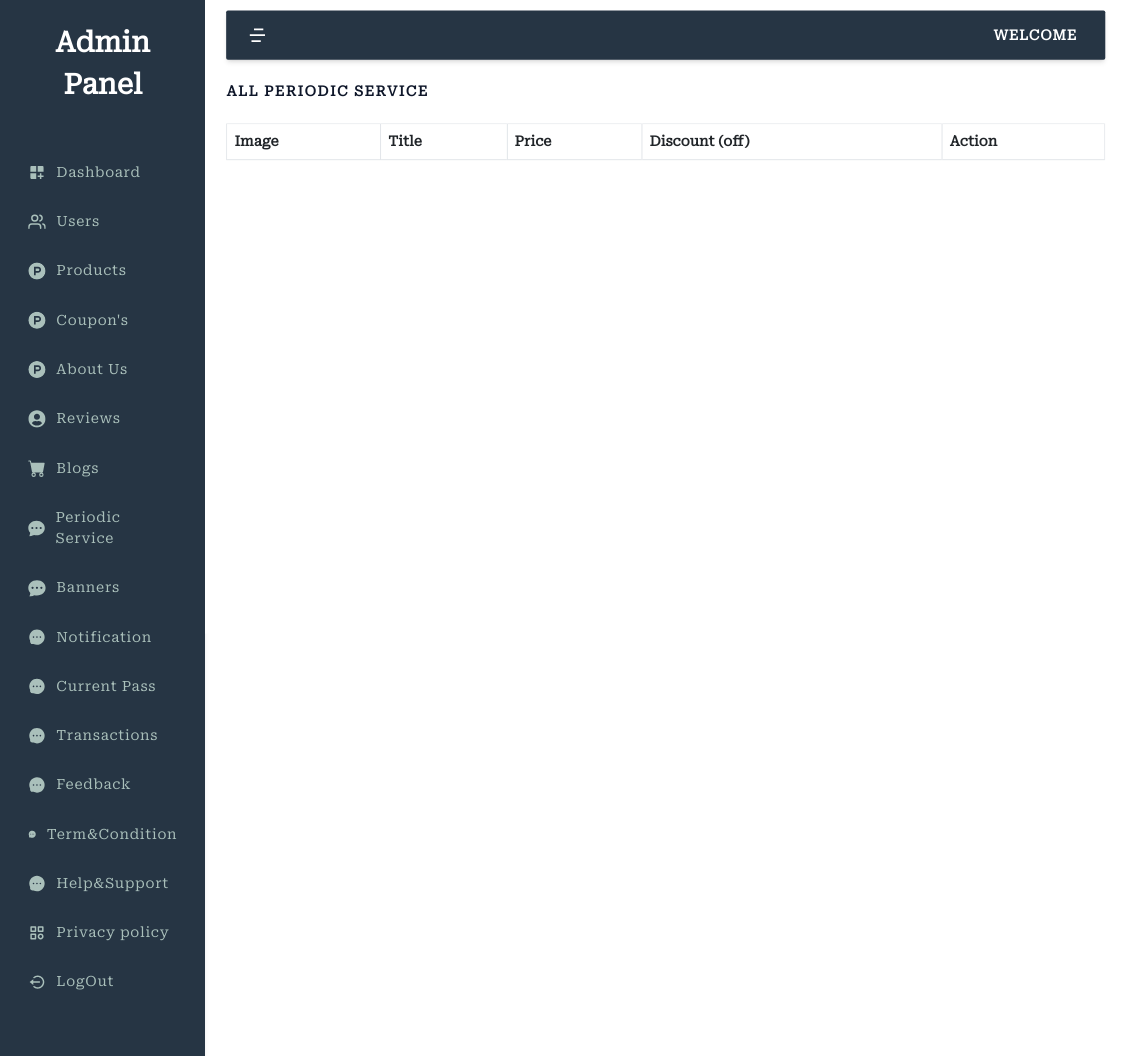
Repository: FlyweisReact/Arun-Chauhan
Page: /complaint
These files come from the project's save history. The page is drawn as it stood at one moment and after a run of saves; the edit follows.
The browser window is 1280 px wide. The pictures show the whole page, at 88% of full size.
Some web libraries are served in a nearby version. The project was rebuilt for these pictures with package versions that can differ from the ones it lists, and the page was loaded fresh each time. Also part of the build but not shown: src/components/forms/Login.jsx, src/components/layout/Navbar.jsx, src/components/layout/Sidebar.jsx, src/components/layout/HOC.jsx, src/components/pages/Dashboard.jsx, src/components/vendorPanel/components/pages/Message/Message.js, src/components/pages/UserKundli/UserKundli.jsx, src/components/pages/discount/Discount.jsx and 27 more.

Above is the page before, as saved 2023-03-14 15:05:29.

### public/index.html
<!-- @format -->

<!DOCTYPE html>
<html lang="en">
  <head>
    <meta charset="utf-8" />
    <!-- <link rel="icon" href="%PUBLIC_URL%/favicon.png" /> -->
    <meta name="viewport" content="width=device-width, initial-scale=1" />
    <meta name="theme-color" content="#000000" />
    <meta
      name="description"
      content="Web site created using create-react-app"
    />
    <link rel="apple-touch-icon" href="%PUBLIC_URL%/favicon.ico?v=2" />



    <link rel="manifest" href="%PUBLIC_URL%/manifest.json" />
    <link rel="preconnect" href="https://fonts.googleapis.com">
    <link rel="preconnect" href="https://fonts.gstatic.com" crossorigin>
    <link href="https://fonts.googleapis.com/css2?family=Roboto+Serif&display=swap" rel="stylesheet">
    <title>Arun   Panel</title>
  </head>
  <body>
    <noscript>You need to enable JavaScript to run this app.</noscript>
    <div id="root"></div>
    <script src="https://code.jquery.com/jquery-3.6.0.min.js"></script>
    <script src="https://kit.fontawesome.com/b533b351e4.js" crossorigin="anonymous"></script>
  </body>
</html>

### src/index.js
import React from "react";
import ReactDOM from "react-dom/client";
import "./index.css";
import App from "./App";
import { BrowserRouter } from "react-router-dom";
import 'bootstrap/dist/css/bootstrap.min.css'

const root = ReactDOM.createRoot(document.getElementById("root"));
root.render(
  <React.StrictMode>
    <BrowserRouter>
      <App />
    </BrowserRouter>
  </React.StrictMode>
);

### src/index.css
/** @format */

@tailwind base;
@tailwind components;
@tailwind utilities;




body {
  margin: 0;
  font-family: 'Roboto Serif', serif  !important;
  -webkit-font-smoothing: antialiased;
  -moz-osx-font-smoothing: grayscale;
}

/* Wcomponents */
.wcomp::-webkit-scrollbar {
  width: 0px;
}
::-webkit-scrollbar {
  width: 0px;
}
::-webkit-scrollbar-track {
  background: #696f78;
}
/* Handle */
::-webkit-scrollbar-thumb {
  background: #b4b8bf;
}

.main-card--container {
  display: grid;
  grid-template-columns: repeat(3, minmax(300px, 500px));
  grid-gap: 50px;
  justify-content: space-around;
}
.card-container {
  margin: 25px 0 auto;
  position: relative;
  display: grid;
  grid-template-columns: 1fr;
  justify-content: space-around;
  align-items: flex-start;
}

.img-thumbnail {
  width: 80px;
}
.img-large {
  max-width: 80%;
}

.formInput {
  padding: 5px;
}

.BannerImg{
  display: grid;
  grid-template-columns: auto auto auto;
  margin: 20px;
  justify-content: space-evenly;
  text-align: center;
}
.BannerImg div{
  box-shadow: rgba(0, 0, 0, 0.35) 0px 5px 15px;
  padding: 10px;

}
.BannerImg img{
  width: 400px;
  height: 200px;
}


li{
  list-style: disc;
}
.carouselImages{
  width: 200px !important;
}
.Car{
  width: 200px !important;
}

.three-Sec{
  display: grid;
  justify-content: space-evenly;
  grid-template-columns: auto auto auto;
  text-align: center;
  color: black;

}
.three-Sec div{
  box-shadow: rgba(0, 0, 0, 0.35) 0px 5px 15px;
  margin-top: 40px;
  padding : 10px;
}
.three-Sec img{
  width: 400px;
}
.three-Sec p{
  font-size: 20px;
  font-weight: bold;
  margin: 0;
}
.three-Sec button{
  border: 1px solid #B80000;
  background-color: #ffff;
  color: #B80000;
  width: 100%;
  padding: 3px;
  margin-top: 10px;
  font-size: 20px;
  transition: 0.5s;
}

.three-Sec button:hover{
  background-color: #B80000;
  color: #ffff;
}

### src/App.js
/** @format */

import { Routes, Route } from "react-router-dom";
import Login from "./components/forms/Login";
import Dashboard from "./components/pages/Dashboard";
import { ToastContainer } from "react-toastify";
import MSG from "./components/vendorPanel/components/pages/Message/Message";
import "react-toastify/dist/ReactToastify.css";
import UserKundli from "./components/pages/UserKundli/UserKundli";
import Discount from "./components/pages/discount/Discount";
import Chat from "./components/pages/reactChat/Chat";
import Horoscope from "./components/pages/horoScope/Horoscope";
import Specification from "./components/pages/SpecificationPage/Specification";
import VendorLogin from "./components/vendorPanel/components/forms/VendorLogin";
import VendorDashboard from "./components/vendorPanel/components/pages/VendorDashboard";
import Fedd from "./components/pages/FeedBack/Fedd";
import Users from "./components/vendorPanel/components/pages/Users/Users";
import TimeSlots from "./components/pages/TimeSlots/TimeSlots";
import Documents from "./components/pages/Documents/Documents";
import Notify from "./components/pages/Notifications/Notify";
import ProductDetail from "./components/pages/FeedBack/ProductDetail";
import Product from "./components/vendorPanel/components/pages/Products/Product";
import Category from "./components/vendorPanel/components/pages/Category/Category";
import Order from "./components/vendorPanel/components/pages/Orders/Order";
import Complaint from "./components/vendorPanel/components/pages/Complaint/Complaint";
import Vendor from "./components/vendorPanel/components/pages/Vendors/Vendor";
import SubCategory from "./components/pages/Subcategory/SubCategory";
import Tour from "./components/vendorPanel/components/pages/Tour";
import Transaction from "./components/vendorPanel/components/pages/Transaction";
import Privacy from "./components/vendorPanel/components/pages/Terms/Privacy";
import Terms from "./components/vendorPanel/components/pages/Terms/Terms";
import Transactions from './components/vendorPanel/components/pages/Users/Transactions'
import CurrentPass from "./components/vendorPanel/components/pages/Users/CurrentPass";
import Offers from "./components/vendorPanel/components/pages/Users/Offers";
import FeedBack from "./components/vendorPanel/components/pages/Users/FeedBack";
import TermsCon from "./components/vendorPanel/components/pages/Users/TermsCon";
import HelpSupport from "./components/vendorPanel/components/pages/Users/HelpSupport";

function App() {
  return (
    <>
      <ToastContainer />

      <Routes>
        <Route path="/vendorLogin" element={<Login />} />
        <Route path="/dashboard" element={<Dashboard />} />
        <Route path="/userkundli" element={<UserKundli />} />
        <Route path="/discount" element={<Discount />} />
        <Route path="/horoscope" element={<Horoscope />} />
        <Route path="/specification" element={<Specification />} />


        <Route path="/chat" element={<Chat />} />
        <Route path="feedback" element={<Fedd />} />
        <Route path="/time" element={<TimeSlots />} />
        <Route path="/document" element={<Documents />} />
        <Route path="/subCategory" element={<SubCategory />} />
        <Route path="/not" element={<Notify />} />
        <Route path="/viewProduct/:id" element={<ProductDetail />} />


        {/* Admin Panel */}
        <Route path="/" element={<VendorLogin />} />
        <Route path="/ven" element={<Vendor />} />
        <Route path="/product" element={<Product />} />
        <Route path="/tour" element={<Tour />} />
        <Route path='/transaction' element={<Transaction />} />
        <Route path="/users" element={<Users />} />
        <Route path="/order" element={<Order />} />
        <Route path="/msg" element={<MSG />} />
        <Route path="/complaint" element={<Complaint />} />
        <Route path="/vendorDashboard" element={<VendorDashboard />} />
        <Route path="/category" element={<Category />} />
        <Route path="/privacy" element={<Privacy />} />
        <Route path="/terms" element={<Terms />} />
        <Route path="/trans" element={<Transactions />} />
        <Route path="/currentPass" element={<CurrentPass />} />
        <Route path="/offers" element={<Offers />} />
        <Route path="/feedBacks" element={<FeedBack />} />
        <Route path="/termsCon" element={<TermsCon />} />
        <Route path='/helpSupport' element={<HelpSupport />} />
      </Routes>
    </>
  );
}

export default App;

### src/components/vendorPanel/components/pages/Complaint/Complaint.js
/** @format */
import React, {  useState } from "react";
import { Table , Modal ,Button , Form} from "react-bootstrap";
import HOC from "../../layout/HOC";



const Complaint = () => {
  const [modalShow, setModalShow] = useState(false);


  function MyVerticallyCenteredModal(props) {
    return (
      <Modal
        {...props}
        size="lg"
        aria-labelledby="contained-modal-title-vcenter"
        centered
      >
        <Modal.Header closeButton>
          <Modal.Title id="contained-modal-title-vcenter">
            Update Help&Support
          </Modal.Title>
        </Modal.Header>
        <Modal.Body>
          <Form>
            <Form.Group className="mb-3">
              <Form.Label>Name</Form.Label>
              <Form.Control
                type="text"
              />
          </Form.Group>
            <Form.Group className="mb-3">
              <Form.Label>Email</Form.Label>
              <Form.Control
                type="text"
              />
            </Form.Group>
            <Button variant="outline-success" type="submit">
              Submit
            </Button>
          </Form>
        </Modal.Body>
        <Modal.Footer></Modal.Footer>
      </Modal>
    );
  }





  return (
    <>

<MyVerticallyCenteredModal
          show={modalShow}
          onHide={() => setModalShow(false)}
        />

      <section>
        <div className="pb-4 sticky top-0  w-full flex justify-between items-center bg-white">
          <span className="tracking-widest text-slate-900 font-semibold uppercase ">
          All Periodic Service
          </span>
        </div>

        <div style={{ maxWidth: "100%", overflow: "auto" }}>
          <Table striped bordered hover>
            <thead>
              <tr>
                <th> Image</th>
                <th> Title</th>
                <th> Price</th>
                <th> Discount (off)</th>
                <th>Action</th>
              </tr>
            </thead>
            <tbody>

            </tbody>
          </Table>
        </div>
      </section>
    </>
  );
};


export default HOC(Complaint);

### src/components/vendorPanel/components/layout/HOC.jsx
import React, { useState } from "react";
import Navbar from "./Navbar";
import Sidebar from "./Sidebar";

const HOC = (Wcomponenet) => {
  return function Component() {
    const [hamb, setHamb] = useState(false);
    return (
      <>
        <section className="flex overflow-x-hidden relative">
          {/* Sidebar */}
          <div
            className={
              hamb
                ? " absolute top-0 z-30 md:w-auto shadow-md bg-slate-200  w-60 transition-all md:-left-full left duration-150  h-auto overflow-y-auto  left-0 "
                : " md:w-72 z-30 bg-slate-200  shadow-md  md:static absolute top-0 -left-full   transition-all duration-150  overflow-y-auto h-auto"
            }
          >
            <Sidebar hamb={hamb} setHamb={setHamb} />
          </div>
          {/* Components & Navbar */}
          <div
            className={
              hamb
                ? " transition-all px-4 py-2  bg-white duration-150 w-full h-screen"
                : " w-full h-screen  px-4 py-2  bg-white z-50 transition-all duration-150 "
            }
          >
            <Navbar hamb={hamb} setHamb={setHamb} />
            <div className="my-6 text-white h-[87%] wcomp overflow-y-auto">
              <Wcomponenet />
            </div>
          </div>
        </section>
      </>
    );
  };
};

export default HOC;

### src/components/vendorPanel/components/layout/Navbar.jsx
/** @format */

import { RiMenu4Line } from "react-icons/ri";

const Navbar = ({ hamb, setHamb }) => {

  return (
    <>

      <div
        className={
          hamb
            ? "flex  w-full justify-between  my-1 rounded-sm  p-4 py-3 shadow-md items-center  bg-slate-200 space-x-4"
            : "flex  w-full justify-between my-1 rounded-sm  p-4 py-3 shadow-md items-center  bg-slate-200 space-x-4"
        }
        style={{   backgroundColor: "#263544", color : "#fff"}}
      >
        <RiMenu4Line
          onClick={() => setHamb(!hamb)}
          className="text-2xl font-bold text-#fff-900 hover:scale-90 cursor-pointer"
        />

        <section className="flex sm:ml-auto justify-end sm:w-full items-center space-x-2  pr-2">
          <figcaption className="tracking-wider pl-1 font-semibold">
            <div className="lg:text-base text-sm text-#fff-900  uppercase" >
              Welcome
            </div>
          </figcaption>
        </section>


      </div>
    </>
  );
};

export default Navbar;

### src/components/vendorPanel/components/layout/Sidebar.jsx
/** @format */

import React from "react";
import { RiCloseLine } from "react-icons/ri";
import { Link, useNavigate } from "react-router-dom";
import { BsFillCartFill } from "react-icons/bs";
import { BiLogOutCircle ,BiCategory } from "react-icons/bi";
import { MdDashboardCustomize } from "react-icons/md";
import { BsFillChatDotsFill } from "react-icons/bs";
import { AiFillMessage } from "react-icons/ai";
import {FaProductHunt , FaUserCircle} from 'react-icons/fa'
import {FiUsers} from 'react-icons/fi'

const Sidebar = ({ hamb, setHamb }) => {
  const navigate = useNavigate();

  const nav = [
    {
      icon: <MdDashboardCustomize className="text-xl mr-3 rounded-full " />,
      link: "/vendorDashboard",
      name: "Dashboard",
    },
    {
      icon: <FiUsers className="text-xl mr-3" />,
      link: "/ven",
      name: "Users",
    },
    {
      icon: <FaProductHunt className="text-xl mr-3 rounded-full " />,
      link: "/tour",
      name: "Products",
    },
    {
      icon: <FaProductHunt className="text-xl mr-3 rounded-full " />,
      link: "/product",
      name: "Coupon's",
    },
    {
      icon: <FaProductHunt className="text-xl mr-3 rounded-full " />,
      link: "/transaction",
      name: "About Us",
    },
    {
      icon: <FaUserCircle className="text-xl mr-3" />,
      link: "/users",
      name: "Reviews",
    },
    {
      icon: <BsFillCartFill className="text-xl mr-3" />,
      link: "/order",
      name: "Blogs",
    },
    {
      icon: <BsFillChatDotsFill className="text-xl mr-3" />,
      link: "/complaint",
      name: "Periodic Service",
    },
    {
      icon: <BsFillChatDotsFill className="text-xl mr-3" />,
      link: "/offers",
      name: "Banners",
    },
    {
      icon: <AiFillMessage className="text-xl mr-3 rounded-full " />,
      link: "/msg",
      name: "Notification",
    },
    {
      icon: <AiFillMessage className="text-xl mr-3 rounded-full " />,
      link: "/currentPass",
      name: "Current Pass",
    },
    {
      icon: <AiFillMessage className="text-xl mr-3 rounded-full " />,
      link: "/trans",
      name: "Transactions",
    },
    {
      icon: <AiFillMessage className="text-xl mr-3 rounded-full " />,
      link: "/feedBacks",
      name: "Feedback",
    },
    {
      icon: <AiFillMessage className="text-xl mr-3 rounded-full " />,
      link: "/termsCon",
      name: "Term&Condition",
    },
    {
      icon: <AiFillMessage className="text-xl mr-3 rounded-full " />,
      link: "/helpSupport",
      name: "Help&Support",
    },
    {
      icon: <BiCategory className="text-xl mr-3" />,
      link: "/privacy",
      name: "Privacy policy",
    }
  ];

  const logOut = () => {
    localStorage.removeItem("token");
    navigate("/vendorLogin");
  };

  return (
    <>
      <div className="p-4 h-auto"   style={{
          backgroundColor: "#263544",
          minHeight : '100vh'
        }}>
        {/* Top */}
        <div className="w-full md:hidden relative  p-2 mb-4">
          <RiCloseLine
            onClick={() => setHamb(!hamb)}
            className="text-3xl  absolute top-2 sm:hover:rotate-[228deg] transition-transform font-bold right-2 sm:hover:text-[22px] text-[rgb(241,146,46)] cursor-pointer"
          />
        </div>
        {/* Logo */}
        <figure className="flex  flex-col items-center">
        <span
            className="font-bold text-[rgb(241,146,46)]"
            style={{ fontSize: "2rem", textAlign: "center", color: "#fff" }}
          >
            Admin Panel
          </span>
        </figure>
        {/* Nav-menu */}
        <nav className="py-6">
          {nav.map((nav) => {
            return (
              <Link to={nav.link} key={nav.name} className="" style={{textDecoration : 'none'}}>
                <span className="flex my-3 items-center cursor-pointer    tracking-wider p-2 rounded-sm"  style={{ color: "#aac0bb"  , textDecoration : 'none'}}>
                  {nav.icon} {nav.name}
                </span>
              </Link>
            );
          })}
          <span
            className="flex my-3 items-center cursor-pointer   tracking-wider p-2 rounded-sm"
            onClick={() => logOut()}
            style={{ color: "#aac0bb" }}
          >
            <BiLogOutCircle className="text-xl mr-3 rounded-full " /> LogOut
          </span>
        </nav>
      </div>
    </>
  );
};

export default Sidebar;

Loaded but not shown: tailwind.config.js (common file)

After the next 2 saves:
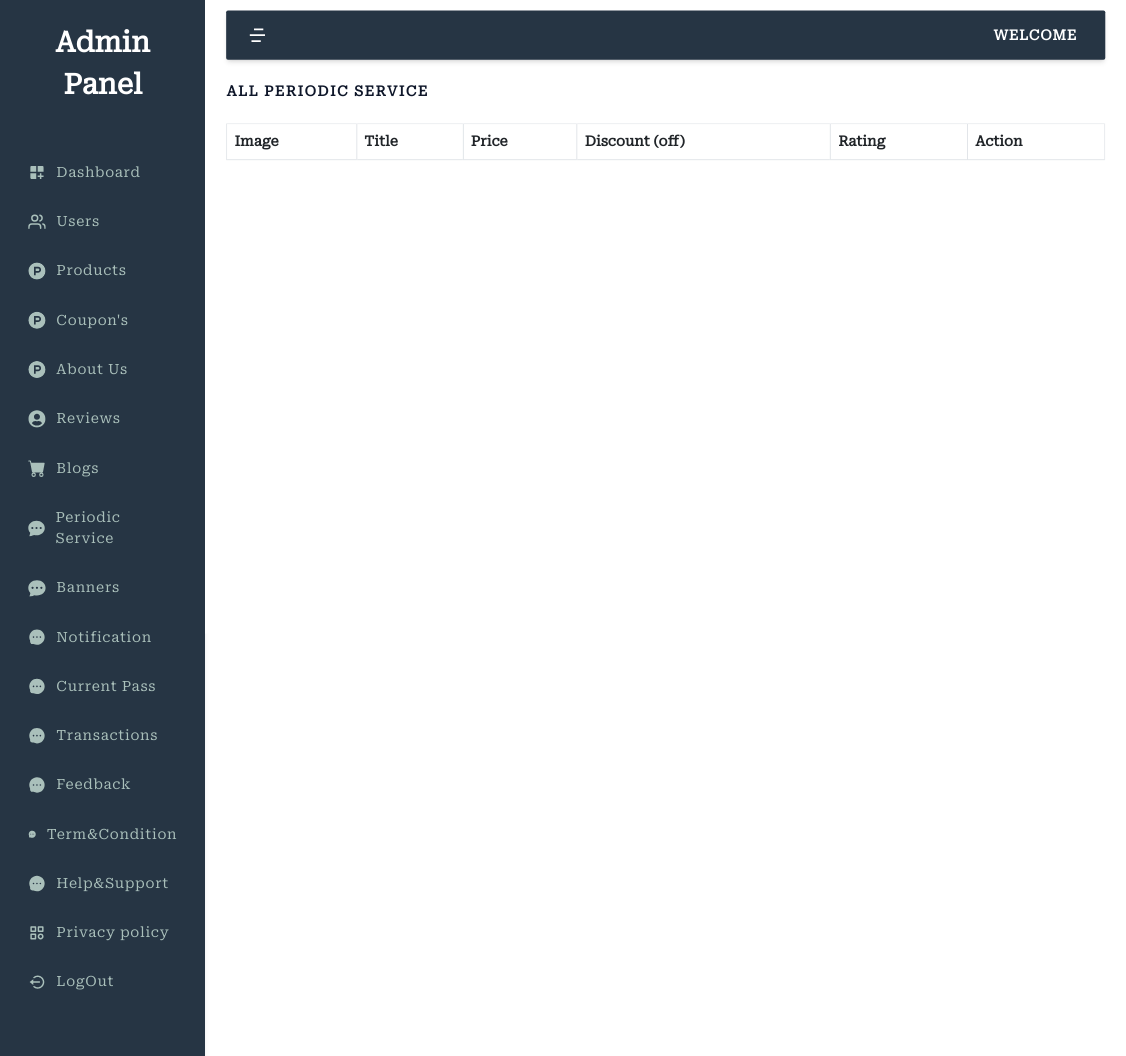
The 2 saves are shown as one change because they came seconds apart.
The last was saved 7 s later.
--- a/src/components/vendorPanel/components/pages/Complaint/Complaint.js
+++ b/src/components/vendorPanel/components/pages/Complaint/Complaint.js
@@ -73,6 +73,7 @@ const Complaint = () => {
                 <th> Title</th>
                 <th> Price</th>
                 <th> Discount (off)</th>
+                <th>Rating</th>
                 <th>Action</th>
               </tr>
             </thead>
